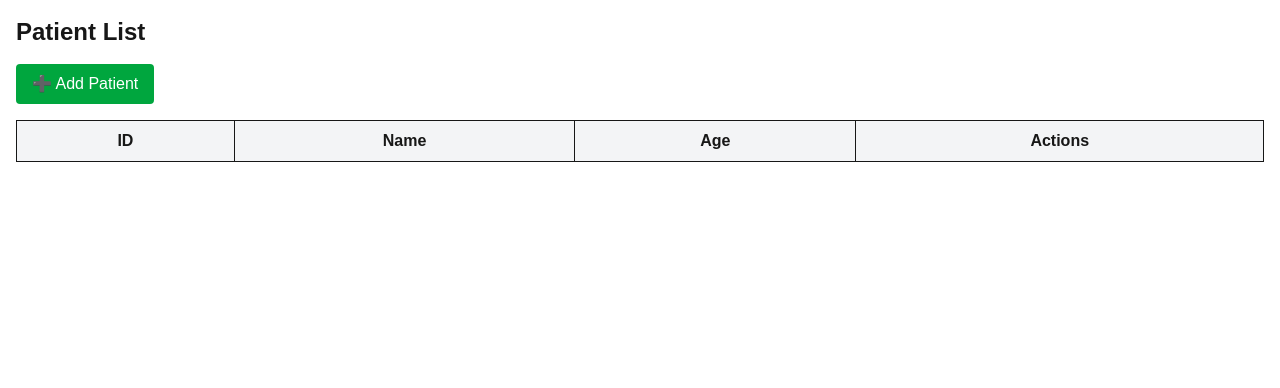
Repository: DangerCR7/patient-crud-app
Page: /patient-form (app in patient-crud-ui/)
An editor plug-in stored every save of this project. The page is shown before and after the next save, followed by the edit.
The browser window is 1280 px wide. The pictures show the whole page.
The page's requests for data from a server got no answer. The project was rebuilt for these pictures with package versions that can differ from the ones it lists, and the page was loaded fresh each time. The framework's server and built-in components were replaced by stand-ins that run in the browser. No one was signed in, and anything a server would have sent is missing. Also part of the build but not shown: patient-crud-ui/next.config.mjs.

Above is the page before, as saved 2025-07-14 20:11:38.

After the next save:
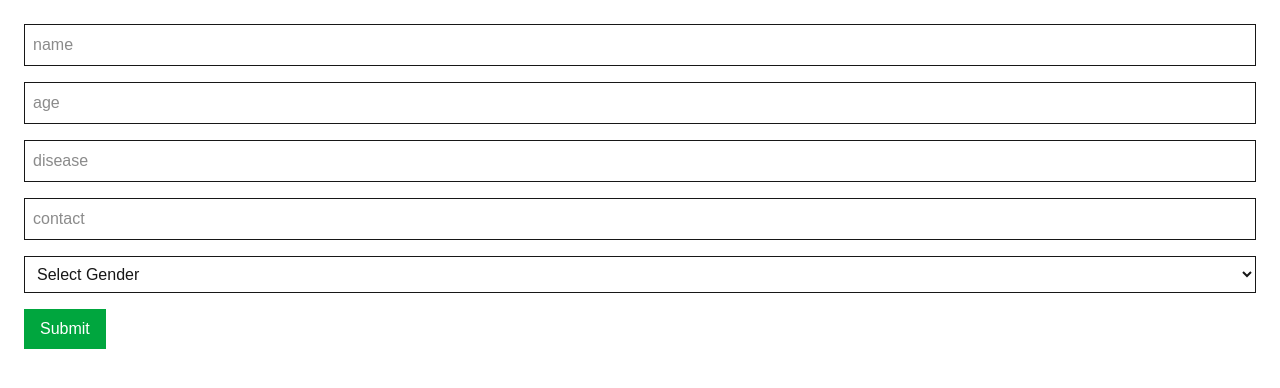
Saved 18 s later.
--- a/patient-crud-ui/src/app/patient-form/page.js
+++ b/patient-crud-ui/src/app/patient-form/page.js
@@ -1,78 +1,42 @@
 'use client';
-import React, { useEffect, useState } from 'react';
-import Link from 'next/link';
+import React, { useState } from 'react';
+import { useRouter } from 'next/navigation';
 
-export default function PatientsList() {
-  const [patients, setPatients] = useState([]);
+export default function PatientForm() {
+  const router = useRouter();
+  const [form, setForm] = useState({
+    name: '',
+    age: '',
+    gender: '',
+    disease: '',
+    contact: ''
+  });
 
-  const fetchPatients = async () => {
-    const res = await fetch('http://localhost:8080/api/patients');
-    const data = await res.json();
-    setPatients(data);
+  const handleChange = (e) => {
+    setForm({ ...form, [e.target.name]: e.target.value });
   };
 
-  useEffect(() => {
-    fetchPatients();
-  }, []);
-
-  const deletePatient = async (id) => {
-    if (!confirm('Are you sure you want to delete this patient?')) return;
-
-    const res = await fetch(`http://localhost:8080/api/patients/${id}`, {
-      method: 'DELETE',
+  const handleSubmit = async (e) => {
+    e.preventDefault();
+    await fetch('http://localhost:8080/api/patients', {
+      method: 'POST',
+      headers: { 'Content-Type': 'application/json' },
+      body: JSON.stringify(form),
     });
-
-    if (res.ok) {
-      alert('Deleted successfully');
-      fetchPatients(); // Refresh the list
-    } else {
-      alert('Error deleting');
-    }
+    router.push('/patients');
   };
 
   return (
-    <div className="container mx-auto p-4">
-      <h1 className="text-2xl font-bold mb-4">Patient List</h1>
-
-      <Link href="/patient-form">
-        <button className="bg-green-600 text-white px-4 py-2 mb-4 rounded">
-          ➕ Add Patient
-        </button>
-      </Link>
-
-      <table className="table-auto w-full border-collapse border border-gray-300">
-        <thead>
-          <tr className="bg-gray-100">
-            <th className="border px-4 py-2">ID</th>
-            <th className="border px-4 py-2">Name</th>
-            <th className="border px-4 py-2">Age</th>
-            <th className="border px-4 py-2">Actions</th>
-          </tr>
-        </thead>
-        <tbody>
-          {patients.map((patient) => (
-            <tr key={patient.id}>
-              <td className="border px-4 py-2">{patient.id}</td>
-              <td className="border px-4 py-2">{patient.name}</td>
-              <td className="border px-4 py-2">{patient.age}</td>
-              <td className="border px-4 py-2">
-                <button
-                  className="bg-blue-500 text-white px-2 py-1 rounded mr-2"
-                  onClick={() => alert('Edit not implemented yet')}
-                >
-                  Edit
-                </button>
-                <button
-                  className="bg-red-500 text-white px-2 py-1 rounded"
-                  onClick={() => deletePatient(patient.id)}
-                >
-                  Delete
-                </button>
-              </td>
-            </tr>
-          ))}
-        </tbody>
-      </table>
-    </div>
+    <form onSubmit={handleSubmit} className="p-6 space-y-4">
+      {['name', 'age', 'disease', 'contact'].map((f) => (
+        <input key={f} name={f} placeholder={f} value={form[f]} onChange={handleChange} className="border p-2 w-full" required />
+      ))}
+      <select name="gender" value={form.gender} onChange={handleChange} className="border p-2 w-full" required>
+        <option value="">Select Gender</option>
+        <option value="male">Male</option>
+        <option value="female">Female</option>
+      </select>
+      <button type="submit" className="bg-green-600 text-white px-4 py-2">Submit</button>
+    </form>
   );
 }
